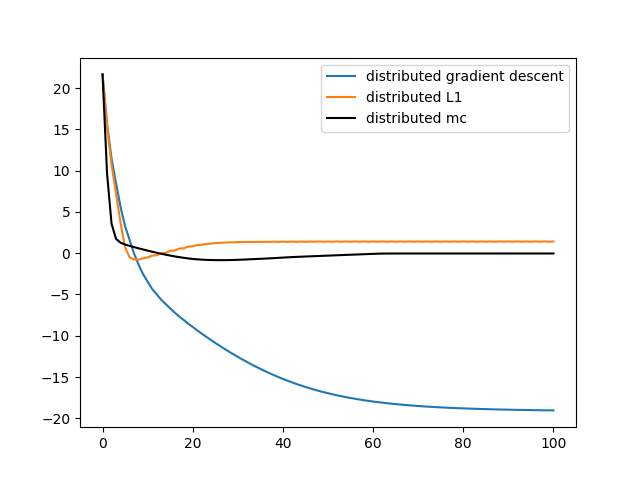
Repository: komuro-zero/distributed-optimization
Script's output: python main_weakly_sparse.py
The author's editor kept a copy of each file at every save. The script's output is drawn from the files as they stood at one save, then again after the next save.
Random numbers start from a fixed seed.

Above is the script's output before, as saved 2019-09-27 09:48:36.

After the next save:
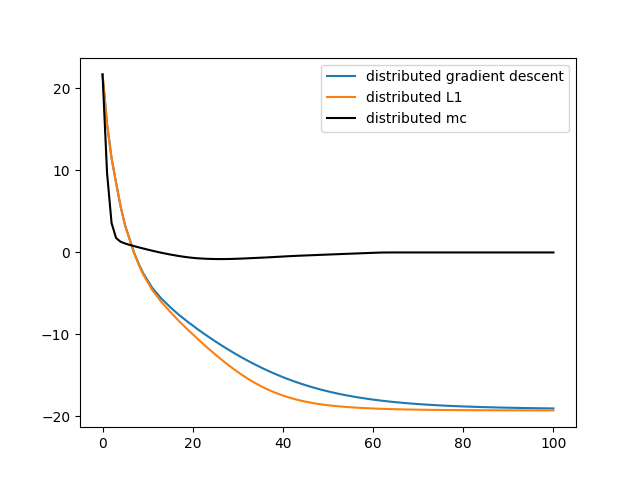
Saved 17 s later.
--- a/main_weakly_sparse.py
+++ b/main_weakly_sparse.py
@@ -54,7 +54,7 @@ class distributed_updates(functions):
         #self.distributed_L1_wj(U_all,d_all,w_star,L2,self.N,self.m,self.r_i,10**-4,0.24,self.iteration,c,w_all,wcl1)
         #self.distributed_mc_wj(U_all,d_all,w_star,L2,self.N,self.m,self.r_i,self.lamb,self.eta,self.rho,self.iteration,c,w_all,wcmc)
         self.distributed_gradient_descent(U_all,d_all,w_star,L2,self.N,self.m,self.r_i,0.17,self.iteration,c,w_all)
-        self.distributed_L1(U_all,d_all,w_star,L2,self.N,self.m,self.r_i,10**-1,0.17,self.iteration,c,w_all)
+        self.distributed_L1(U_all,d_all,w_star,L2,self.N,self.m,self.r_i,10**-3,0.17,self.iteration,c,w_all)
         self.distributed_mc(U_all,d_all,w_star,L2,self.N,self.m,self.r_i,self.lamb,self.eta,self.rho,self.iteration,c,w_all)
 
         #error = [cgd[-1],cl1,cmc[-1],dgd[-1],dl1[-1],dmc[-1]]
